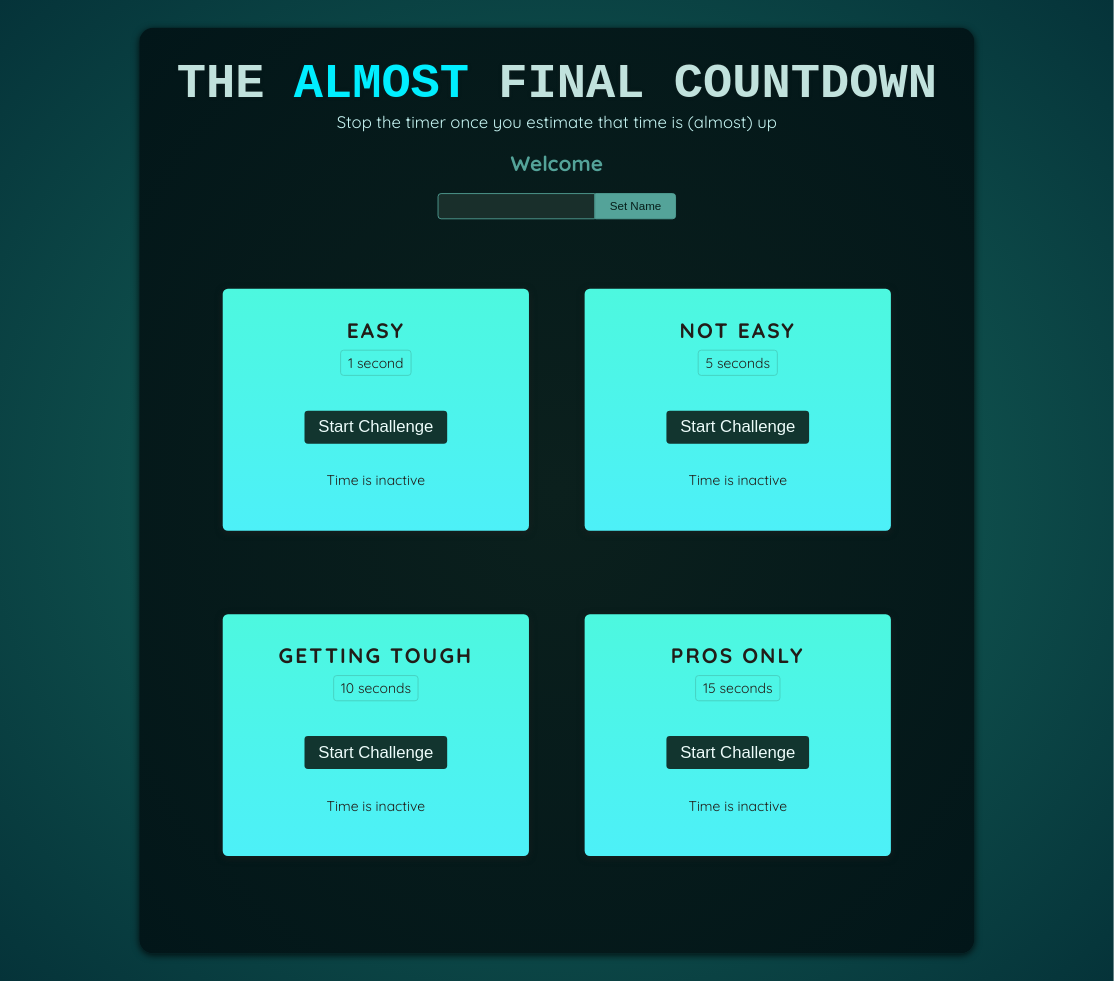
Repository: theshariqueanwer/reactjsts
Page: / (app in react-refs-and-portals/)
An editor plug-in stored every save of this project. The page is shown before and after the next save, followed by the edit.
The browser window is 1280 px wide. The pictures show the whole page, at 87% of full size.
Some web fonts or font styles are not loaded; a fallback is used. The project was rebuilt for these pictures with package versions that can differ from the ones it lists, and the page was loaded fresh each time. Also part of the build but not shown: react-refs-and-portals/vite.config.js, react-refs-and-portals/src/components/Player.jsx, react-refs-and-portals/src/components/PlayerWithRefWithoutState.jsx.

Above is the page before, as saved 2024-02-01 02:14:10.

### react-refs-and-portals/src/App.jsx
import Player from './components/Player.jsx';
import PlayerWithRef from './components/PlayerWithRef.jsx';
import PlayerWithRefWithoutState from './components/PlayerWithRefWithoutState.jsx';
import TimerChallenge from './components/TimerChallenge.jsx';

function App() {
  return (
    <>
      {/* <Player /> */}
      <PlayerWithRef />
      {/* <PlayerWithRefWithoutState /> */}
      <div id="challenges">
        <TimerChallenge title="Easy" targetTime={1} />
        <TimerChallenge title="Not Easy" targetTime={5} />
        <TimerChallenge title="Getting Tough" targetTime={10} />
        <TimerChallenge title="Pros Only" targetTime={15} />
      </div>
    </>
  );
}

export default App;

### react-refs-and-portals/src/components/PlayerWithRef.jsx
import { useRef, useState } from "react";

export default function PlayerWithRef() {

  const playerName = useRef();

  const [enteredPlayerName, setEnteredPlayerName] = useState('');

  function handleClick() {
    setEnteredPlayerName(playerName.current.value);
    playerName.current.value= '';
  }

  return (
    <section id="player">
      <h2>Welcome {enteredPlayerName ?? "unknown entity"}</h2>
      <p>
        <input
          type="text"
          ref={playerName}
        />
        <button onClick={handleClick}>Set Name</button>
      </p>
    </section>
  );
}

### react-refs-and-portals/src/components/TimerChallenge.jsx
import { useRef, useState } from "react";
import ResultModal from "./ResultModal";

export default function TimerChallenge({ title, targetTime }) {

  const timer = useRef();
  const dialog = useRef();

  const [timeRemaining, setTimeRemaining] = useState(targetTime * 1000)

  const timerIsActive = timeRemaining > 0 && timeRemaining < targetTime * 1000;

  if(timeRemaining <= 0) {
    clearInterval(timer.current);
    setTimeRemaining(targetTime * 1000);
    dialog.current.open();
  }

  function handleStart() {
    timer.current = setInterval(() => {
    setTimeRemaining(prevTimeRemaining => prevTimeRemaining - 10);
    }, 10);
  }

  function handleStop() {
    clearInterval(timer.current);
    dialog.current.open();
  }

  return (
    <>
      <ResultModal result="Won!" targetTime={targetTime} remainingTime={timeRemaining} ref={dialog} />
      <section className="challenge">
        <h2>{title}</h2>
        {timeRemaining <= 0 && <p>You Won!</p>}
        <p className="challenge-time">
          {targetTime} second{targetTime > 1 ? "s" : ""}
        </p>
        <p>
          <button onClick={timerIsActive ? handleStop : handleStart}>
            {timerIsActive ? "Stop" : "Start"} Challenge
          </button>
        </p>
        <p className={timerIsActive ? "active" : undefined}>
          {timerIsActive ? "Time is Running..." : "Time is inactive"}
        </p>
      </section>
    </>
  );
}

### react-refs-and-portals/src/components/ResultModal.jsx
import { forwardRef, useImperativeHandle, useRef } from "react"

const ResultModal = forwardRef( function ResultModal( { result, targetTime, remainingTime}, ref ) {
// const ResultModal = forwardRef( function ResultModal( props, ref ) {

    const dialog = useRef();

    const userLost = remainingTime <= 0;

    useImperativeHandle(ref, () => {
        return {
            open() {
                dialog.current.showModal();
            }
        };
    })

    return (
    //   <dialog ref={ref} className="result-modal">   // it used before when there was no useRef as dialog
      <dialog ref={dialog} className="result-modal">
        <h2>You {result}</h2>
        <p>
          The Target time was <strong>{targetTime} seconds.</strong>
        </p>
        <p>
          You stopped the timer <strong>x seconds left.</strong>
        </p>
        <form method="dialog">
          <button>Close</button>
        </form>
      </dialog>
    );
})

export default ResultModal

Loaded but not shown: react-refs-and-portals/index.html (common file); react-refs-and-portals/src/main.jsx (common file); react-refs-and-portals/src/index.css (common file)

After the next save:
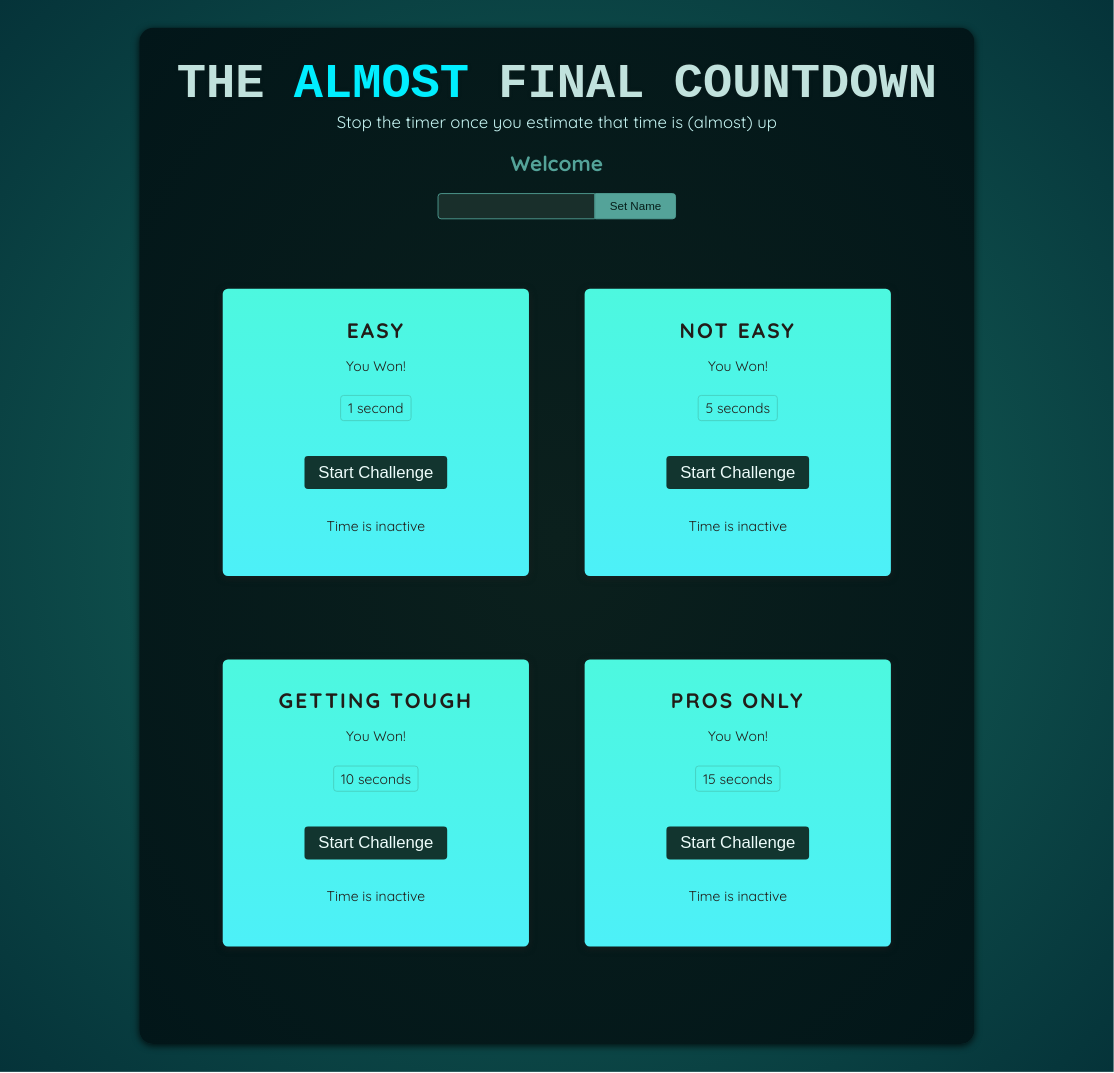
Saved 39 s later.
--- a/react-refs-and-portals/src/components/TimerChallenge.jsx
+++ b/react-refs-and-portals/src/components/TimerChallenge.jsx
@@ -32,7 +32,7 @@
       <ResultModal result="Won!" targetTime={targetTime} remainingTime={timeRemaining} ref={dialog} />
       <section className="challenge">
         <h2>{title}</h2>
-        {timeRemaining <= 0 && <p>You Won!</p>}
+        {timeRemaining >= 0 && <p>You Won!</p>}
         <p className="challenge-time">
           {targetTime} second{targetTime > 1 ? "s" : ""}
         </p>

After the 3 saves that followed:
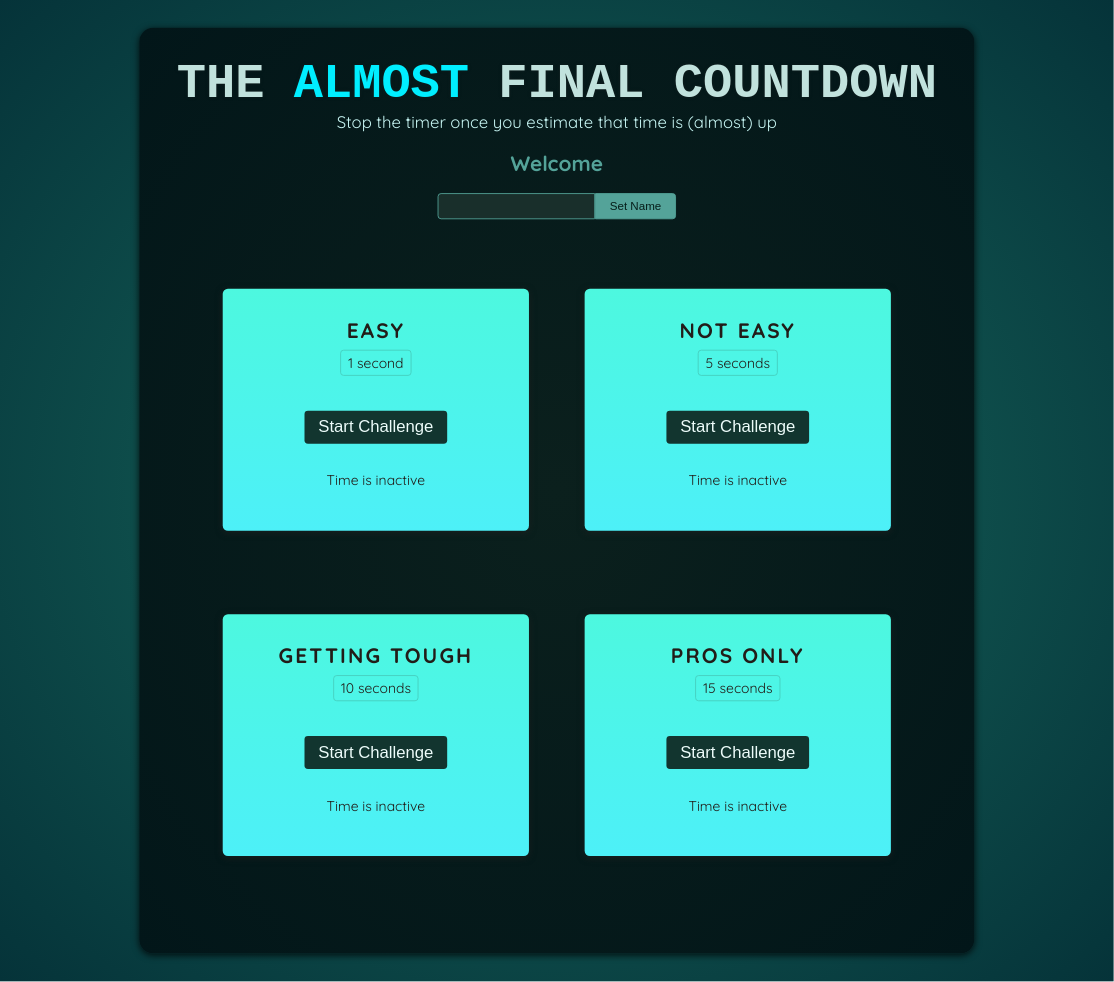
The 3 saves are shown as one change because 2 left the picture as it was.
The last was saved 2 min 37 s later.
--- a/react-refs-and-portals/src/components/TimerChallenge.jsx
+++ b/react-refs-and-portals/src/components/TimerChallenge.jsx
@@ -32,7 +32,7 @@
       <ResultModal result="Won!" targetTime={targetTime} remainingTime={timeRemaining} ref={dialog} />
       <section className="challenge">
         <h2>{title}</h2>
-        {timeRemaining >= 0 && <p>You Won!</p>}
+        {/* {timeRemaining >= 0 ? <p>You Won!</p> : <p>You Lost!</p>} */}
         <p className="challenge-time">
           {targetTime} second{targetTime > 1 ? "s" : ""}
         </p>
